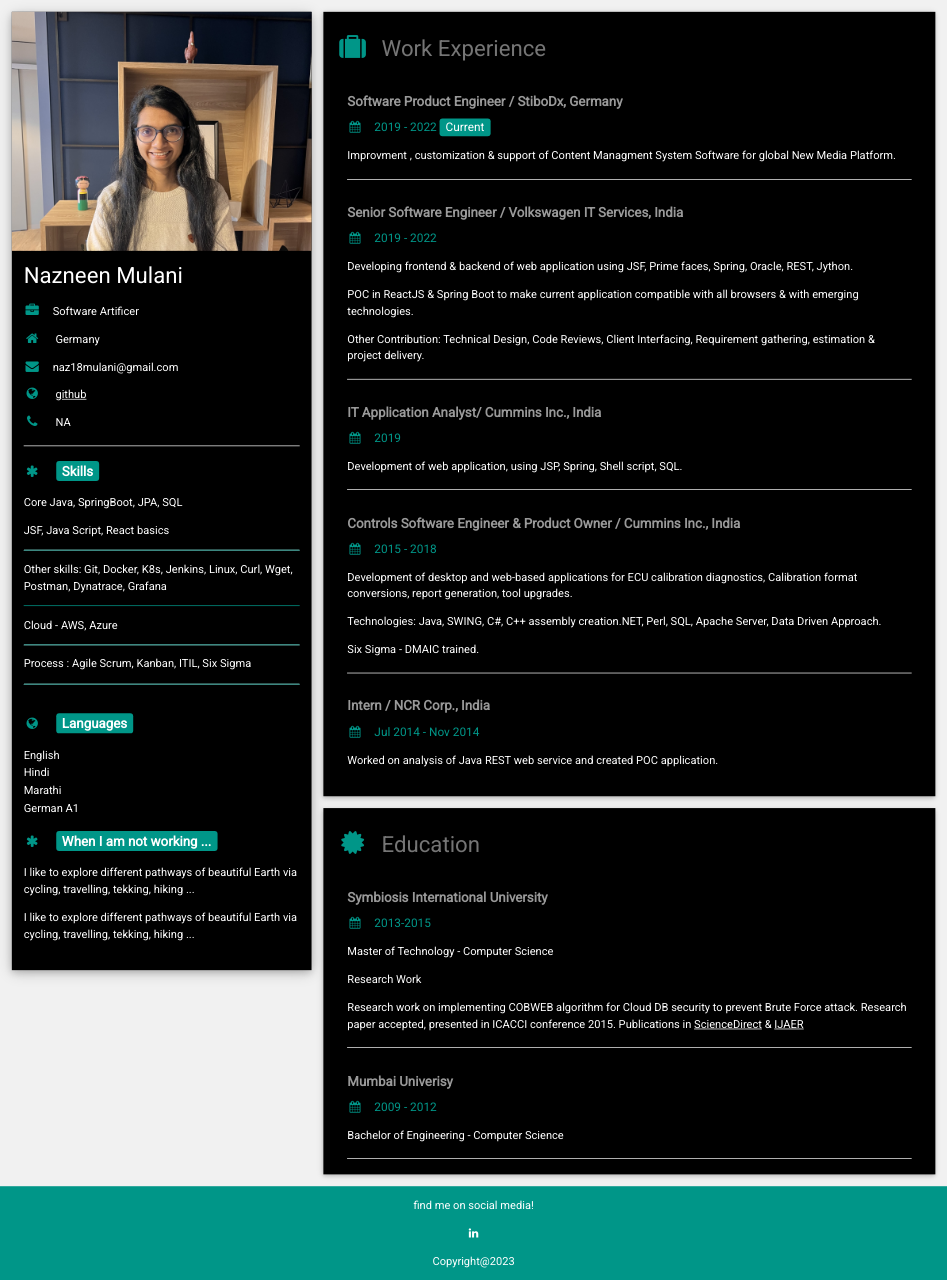
Repository: nazneenprojects/nazneen.github.io
Page: index.html
These files come from the project's save history. The page is drawn as it stood at one moment and after the next save; the edit follows.
The browser window is 1280 px wide. The pictures show the whole page, at 74% of full size.

Above is the page before, as saved 2023-07-09 11:58:04.

After the next save:
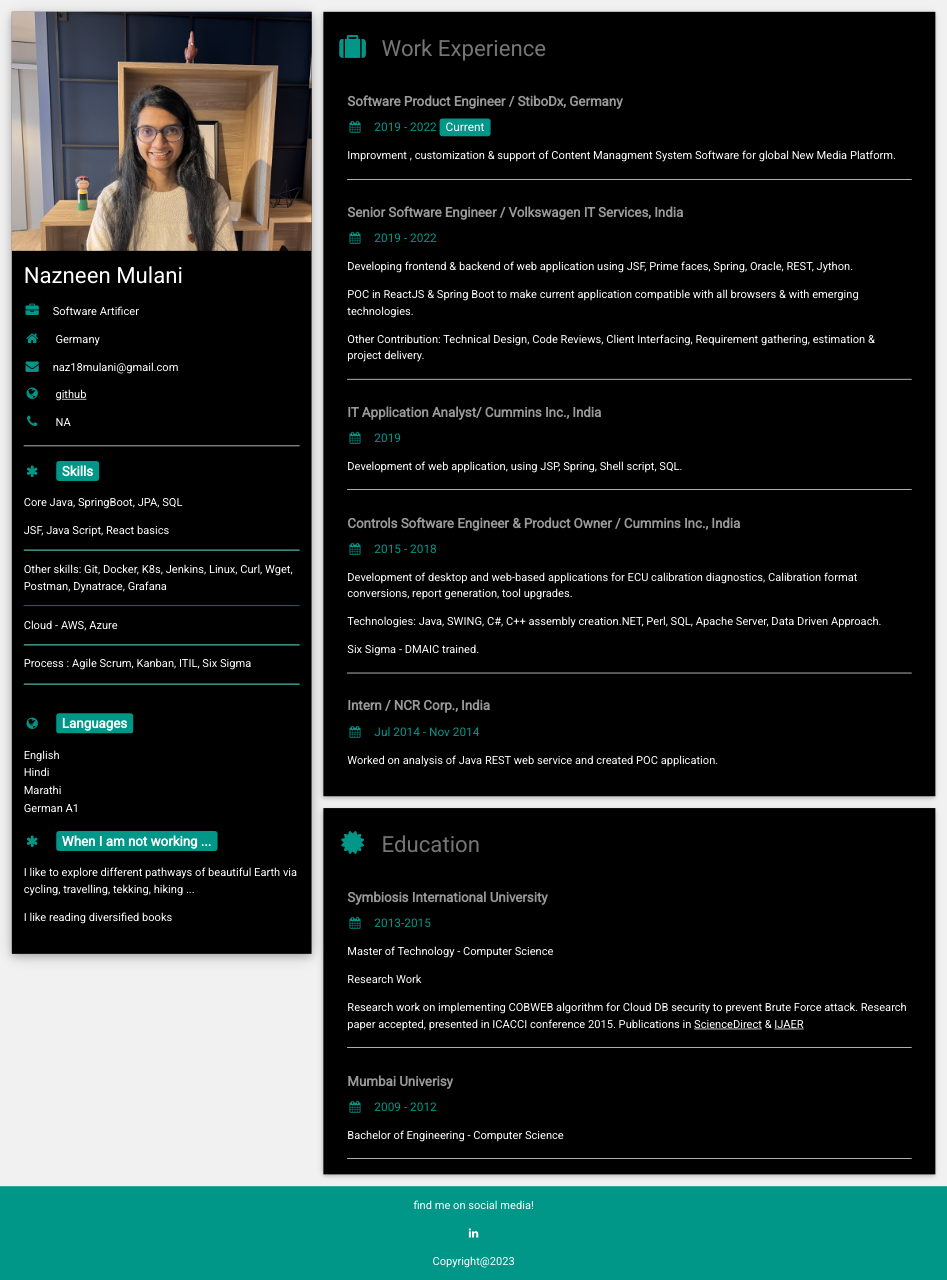
Saved 44 s later.
--- a/index.html
+++ b/index.html
@@ -82,7 +82,7 @@
 
           <p class="w3-large"><b><i class="fa fa-asterisk fa-fw w3-margin-right w3-text-teal"></i> <span class="w3-tag w3-teal w3-round">When I am not working ...</span></b></p>
           <p>I like to explore different pathways of beautiful Earth via cycling, travelling, tekking, hiking ...  </p>
-          <p>I like to explore different pathways of beautiful Earth via cycling, travelling, tekking, hiking ...  </p>
+          <p>I like reading diversified books </p>
 
           <br>
         </div>
